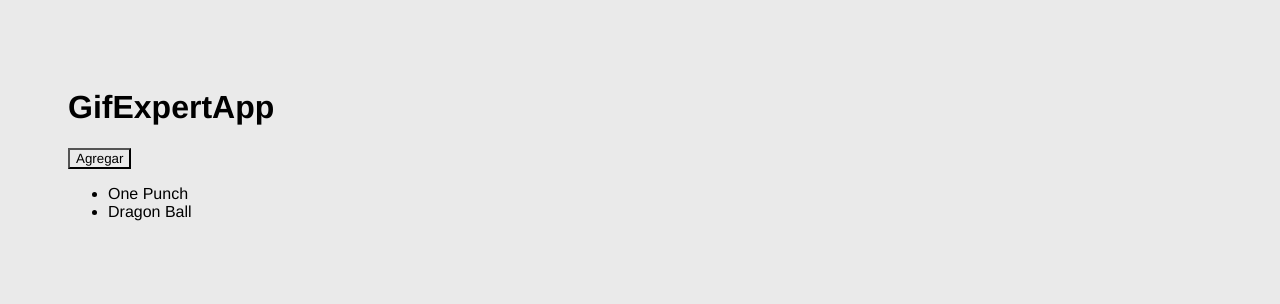
Repository: bryanesteban/gif-expert-app
Page: /
An editor plug-in stored every save of this project. The page is shown before and after the next save, followed by the edit.
The browser window is 1280 px wide. The pictures show the whole page.
The project was rebuilt for these pictures with package versions that can differ from the ones it lists, and the page was loaded fresh each time. Also part of the build but not shown: vite.config.js.

Above is the page before, as saved 2024-06-12 05:58:03.

### src/main.jsx
import React from 'react'
import ReactDOM from 'react-dom/client'
import { GifExpertApp } from './GifExpertApp'

import './styles.css';

ReactDOM.createRoot(document.getElementById('root')).render(
  <React.StrictMode>
    <GifExpertApp />
  </React.StrictMode>,
)

### src/GifExpertApp.jsx
import { useState } from "react";


export const GifExpertApp = () => {




    const [ categories , setCategories ] = useState([ 'One Punch', 'Dragon Ball']);

    const onAddCategory = () => {
        setCategories([...categories,'Fullmetal Alchemist']);
        // setCategories(cat => [...cat,'Fullmetal Alchemist']);
    }
    console.log(categories);

    return (
    <>
    {/*Titulo */}
    <h1>GifExpertApp</h1>
    {/*Input */}
    {/*Listado de gif */}
    <button onClick={ onAddCategory }>Agregar</button>
    <ul>
        { categories.map( category => {
                return <li key={category}>{category} </li>
        }) }

    </ul>
    {/* gif Item */}

    </>
  )
};

Loaded but not shown: index.html (common file); src/styles.css (common file)

After the next save:
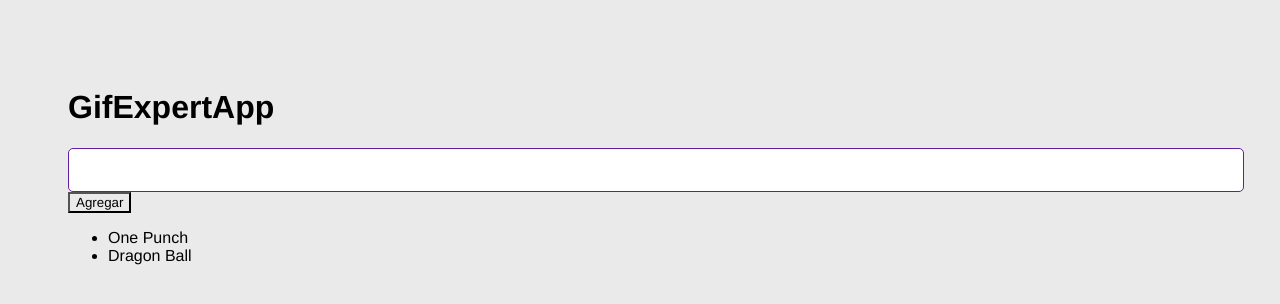
Saved 108 s later.
--- a/src/GifExpertApp.jsx
+++ b/src/GifExpertApp.jsx
@@ -19,6 +19,7 @@ export const GifExpertApp = () => {
     {/*Titulo */}
     <h1>GifExpertApp</h1>
     {/*Input */}
+    <input/>
     {/*Listado de gif */}
     <button onClick={ onAddCategory }>Agregar</button>
     <ul>
